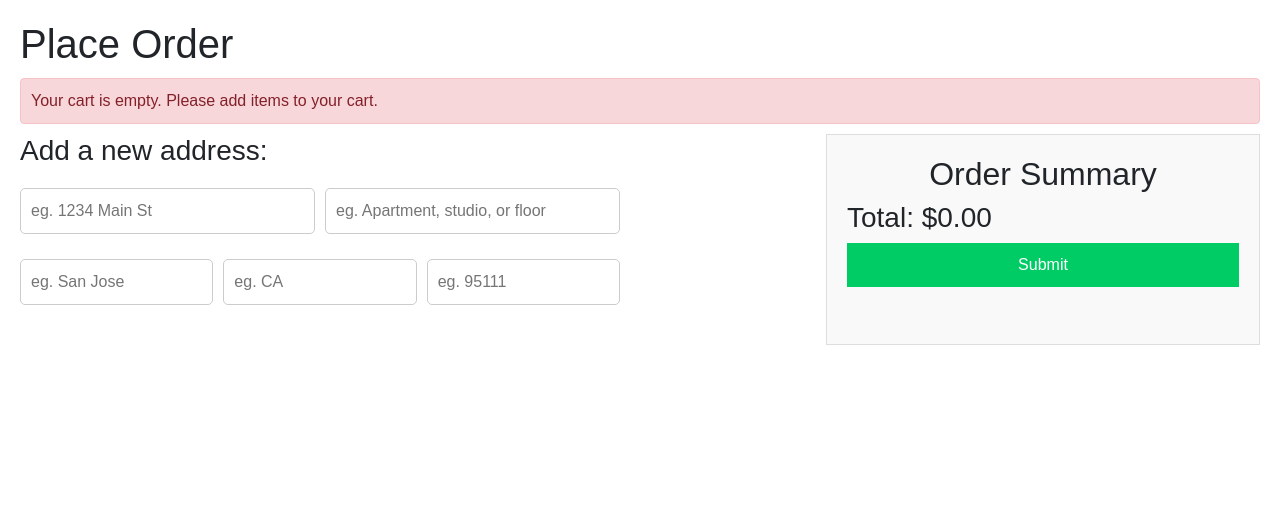
Repository: chelseajaculina/lab2-uber-eats
Page: /order (app in frontend/)
These files come from the project's save history. The page is drawn as it stood at one moment and after the next save; the edit follows.
The browser window is 1280 px wide. The pictures show the whole page.
The project was rebuilt for these pictures with package versions that can differ from the ones it lists, and the page was loaded fresh each time. Also part of the build but not shown: frontend/src/components/Home.css, frontend/src/components/Logout.css, frontend/src/components/Logout.js, frontend/src/components/CartModal.css, frontend/src/components/CartModal.js, frontend/src/components/NavBarHome.js, frontend/src/components/Home.js, frontend/src/components/CustomerSignUp.js and 25 more.

Above is the page before, as saved 2024-11-23 00:53:22.

After the next save:
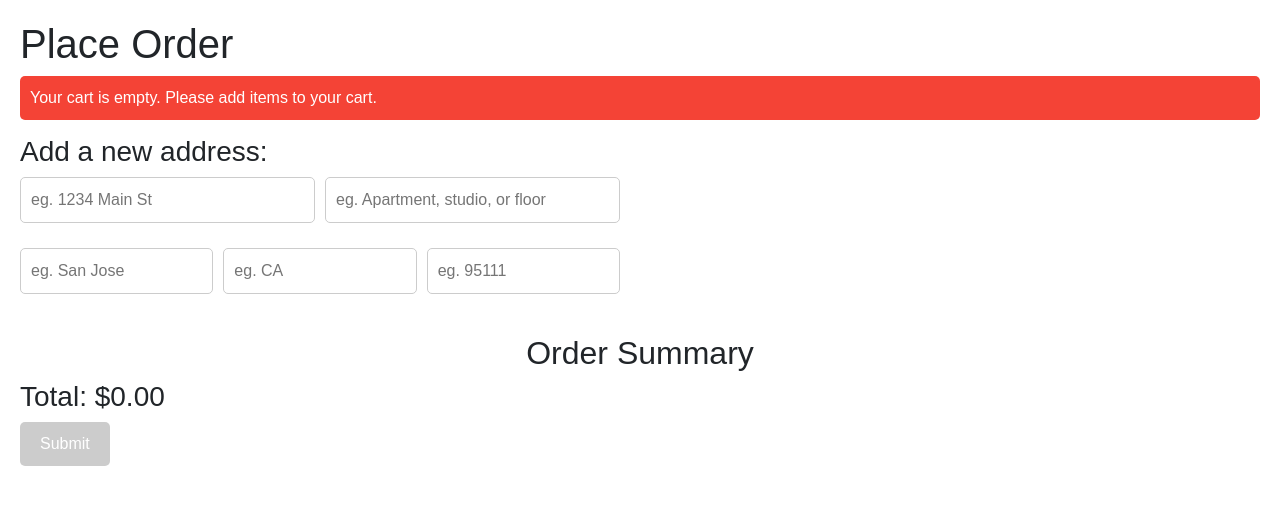
Saved 7 s later.
--- a/frontend/src/components/OrderPage.css
+++ b/frontend/src/components/OrderPage.css
@@ -1,42 +1,30 @@
 .order-page {
-  font-family: Arial, sans-serif;
-  margin: 20px;
+  padding: 20px;
 }
 
-.order-header {
-  display: flex;
-  justify-content: space-between;
-  align-items: center;
+.error-message {
+  color: white;
+  background-color: #f44336;
+  padding: 10px;
+  border-radius: 5px;
+  margin-bottom: 15px;
+}
+
+.success-message {
+  color: white;
+  background-color: #4caf50;
+  padding: 10px;
+  border-radius: 5px;
+  margin-bottom: 15px;
+}
+
+.address-section {
   margin-bottom: 20px;
 }
 
-.logout-button {
-  background-color: black;
-  color: white;
-  border: none;
-  padding: 10px 20px;
-  cursor: pointer;
-}
-
-.order-container {
+.new-address-form {
   display: flex;
-  justify-content: space-between;
-}
-
-.address-section {
-  width: 60%;
-}
-
-.address-display {
-  width: 100%;
-  padding: 10px;
-  margin-bottom: 20px;
-  background-color: #f5f5f5;
-  border: 1px solid #ccc;
-}
-
-.new-address-form {
-  margin-top: 20px;
+  flex-direction: column;
 }
 
 .address-input {
@@ -46,10 +34,7 @@
 }
 
 .order-summary {
-  width: 35%;
-  background-color: #f9f9f9;
-  padding: 20px;
-  border: 1px solid #ddd;
+  margin-top: 20px;
 }
 
 .summary-item {
@@ -59,46 +44,33 @@
 }
 
 .place-order-button {
-  width: 100%;
-  padding: 10px;
-  background-color: #00cc66;
+  background-color: #4caf50;
   color: white;
+  padding: 10px 20px;
+  font-size: 16px;
   border: none;
+  border-radius: 5px;
   cursor: pointer;
-  font-size: 16px;
+}
+
+.place-order-button:disabled {
+  background-color: #ccc;
+  cursor: not-allowed;
 }
 
 .confirmation-message {
-  margin-top: 20px;
-  background-color: #e8f5e9;
-  padding: 15px;
-  border: 1px solid #c8e6c9;
-  color: #388e3c;
+  background-color: #e0f7e0;
+  padding: 20px;
+  border-radius: 5px;
+  text-align: center;
 }
 
 .dashboard-button {
+  margin-top: 10px;
   background-color: black;
   color: white;
   padding: 10px 20px;
   border: none;
-  margin-top: 10px;
+  border-radius: 5px;
   cursor: pointer;
 }
-
-.error-message {
-  background-color: #f8d7da;
-  color: #842029;
-  padding: 10px;
-  margin: 10px 0;
-  border: 1px solid #f5c2c7;
-  border-radius: 4px;
-}
-
-.success-message {
-  background-color: #d1e7dd;
-  color: #0f5132;
-  padding: 10px;
-  margin: 10px 0;
-  border: 1px solid #badbcc;
-  border-radius: 4px;
-}

After the save that followed:
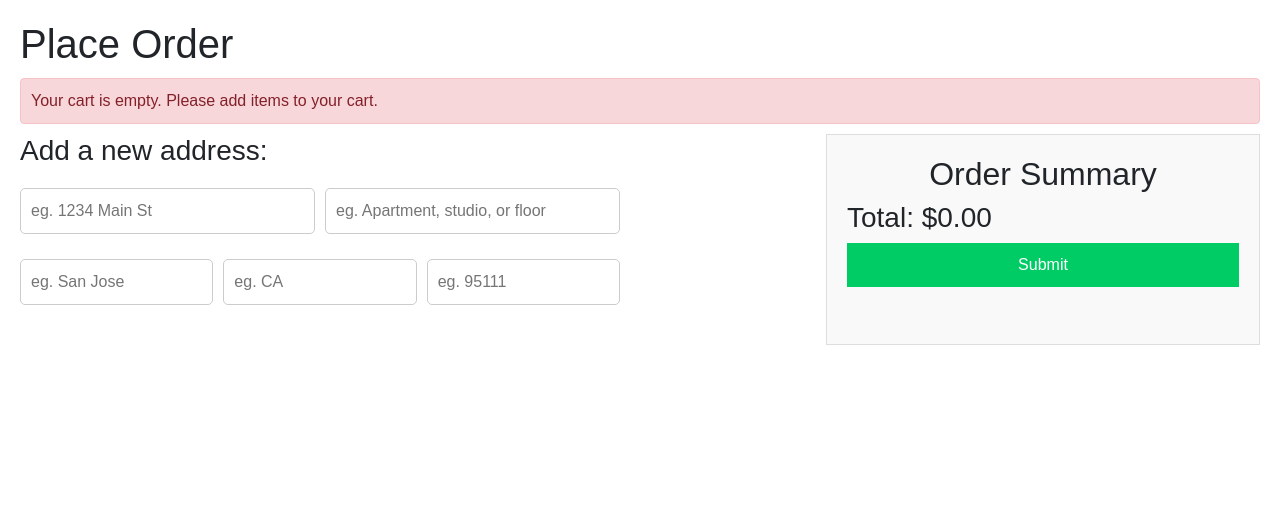
Saved 41 s later.
--- a/frontend/src/components/OrderPage.css
+++ b/frontend/src/components/OrderPage.css
@@ -1,30 +1,42 @@
 .order-page {
-  padding: 20px;
+  font-family: Arial, sans-serif;
+  margin: 20px;
 }
 
-.error-message {
-  color: white;
-  background-color: #f44336;
-  padding: 10px;
-  border-radius: 5px;
-  margin-bottom: 15px;
+.order-header {
+  display: flex;
+  justify-content: space-between;
+  align-items: center;
+  margin-bottom: 20px;
 }
 
-.success-message {
+.logout-button {
+  background-color: black;
   color: white;
-  background-color: #4caf50;
-  padding: 10px;
-  border-radius: 5px;
-  margin-bottom: 15px;
+  border: none;
+  padding: 10px 20px;
+  cursor: pointer;
+}
+
+.order-container {
+  display: flex;
+  justify-content: space-between;
 }
 
 .address-section {
+  width: 60%;
+}
+
+.address-display {
+  width: 100%;
+  padding: 10px;
   margin-bottom: 20px;
+  background-color: #f5f5f5;
+  border: 1px solid #ccc;
 }
 
 .new-address-form {
-  display: flex;
-  flex-direction: column;
+  margin-top: 20px;
 }
 
 .address-input {
@@ -34,7 +46,10 @@
 }
 
 .order-summary {
-  margin-top: 20px;
+  width: 35%;
+  background-color: #f9f9f9;
+  padding: 20px;
+  border: 1px solid #ddd;
 }
 
 .summary-item {
@@ -44,33 +59,46 @@
 }
 
 .place-order-button {
-  background-color: #4caf50;
+  width: 100%;
+  padding: 10px;
+  background-color: #00cc66;
   color: white;
-  padding: 10px 20px;
+  border: none;
+  cursor: pointer;
   font-size: 16px;
-  border: none;
-  border-radius: 5px;
-  cursor: pointer;
-}
-
-.place-order-button:disabled {
-  background-color: #ccc;
-  cursor: not-allowed;
 }
 
 .confirmation-message {
-  background-color: #e0f7e0;
-  padding: 20px;
-  border-radius: 5px;
-  text-align: center;
+  margin-top: 20px;
+  background-color: #e8f5e9;
+  padding: 15px;
+  border: 1px solid #c8e6c9;
+  color: #388e3c;
 }
 
 .dashboard-button {
-  margin-top: 10px;
   background-color: black;
   color: white;
   padding: 10px 20px;
   border: none;
-  border-radius: 5px;
+  margin-top: 10px;
   cursor: pointer;
 }
+
+.error-message {
+  background-color: #f8d7da;
+  color: #842029;
+  padding: 10px;
+  margin: 10px 0;
+  border: 1px solid #f5c2c7;
+  border-radius: 4px;
+}
+
+.success-message {
+  background-color: #d1e7dd;
+  color: #0f5132;
+  padding: 10px;
+  margin: 10px 0;
+  border: 1px solid #badbcc;
+  border-radius: 4px;
+}
